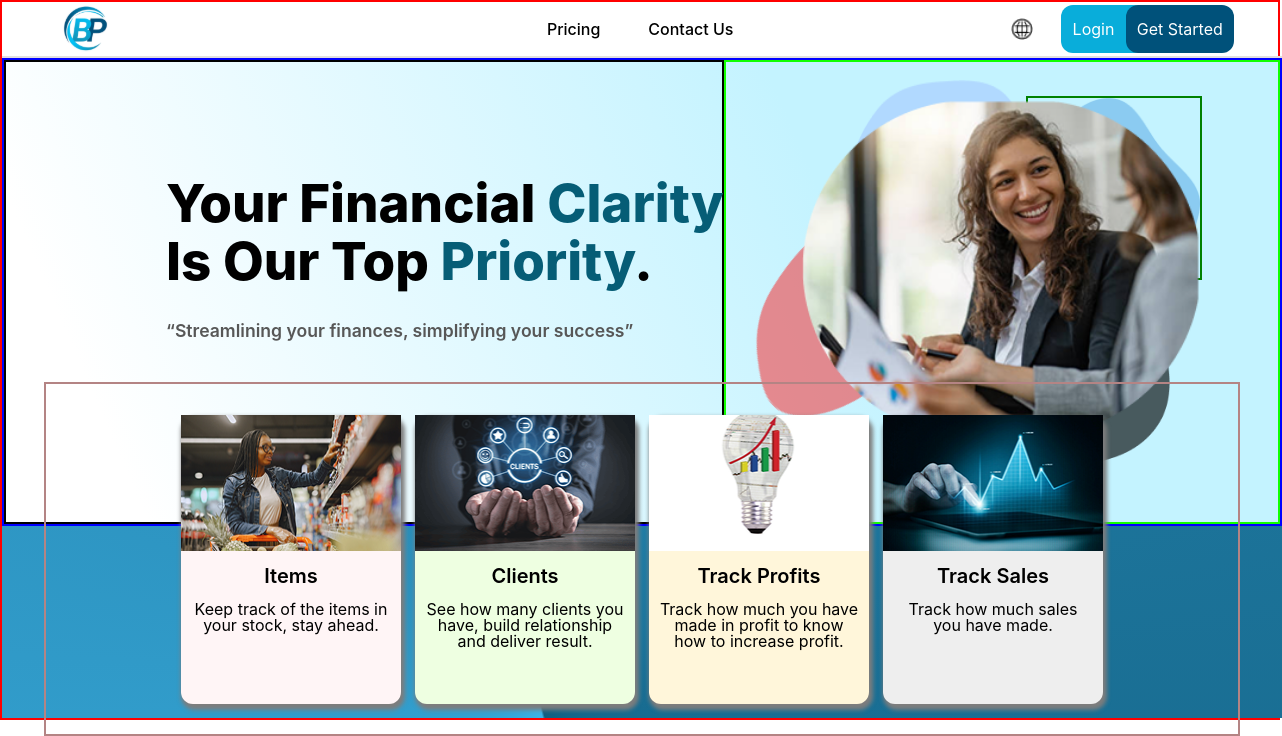
Repository: dark-txch/Bizpadi
Page: /
The author's editor kept a copy of each file at every save. The page is drawn from the files as they stood at one save, then again after the next save.
The browser window is 1280 px wide. The page is 1282 px wide, so the pictures cover 1282 px, including what lies to the right of the window. The pictures show the whole page.
The project was rebuilt for these pictures with package versions that can differ from the ones it lists, and the page was loaded fresh each time. Also part of the build but not shown: vite.config.js, src/components/ErrorBoundary.jsx, src/components/LandingPage/PricingPage/Pricing.jsx, src/components/LandingPage/LogInPage/LogIn.jsx.

Above is the page before, as saved 2025-04-07 09:54:08.

### index.html
<!DOCTYPE html>
<html lang="en">
	<head>
		<meta charset="UTF-8" />
		<link rel="icon" type="image/svg+xml" href="/public/logo.svg" />
		<meta name="viewport" content="width=device-width, initial-scale=1.0" />
		<title>Bizpadi</title>
	</head>
	<body>
		<div id="root"></div>
		<script type="module" src="/src/main.jsx"></script>
	</body>
</html>

### src/index.css
:root {
	font-family: system-ui, Avenir, Helvetica, Arial, sans-serif;
	line-height: 1.5;
	font-weight: 400;

	color-scheme: light dark;
	color: black;
	background-color: white;

	font-synthesis: none;
	text-rendering: optimizeLegibility;
	-webkit-font-smoothing: antialiased;
	-moz-osx-font-smoothing: grayscale;
}

* {
	box-sizing: border-box;
	padding: 0;
	margin: 0;
	outline: none;
	border: none;
}

body {
	height: 100vh;
	width: 100vw;

	font-family: "inter", sans-serif;
}

a {
	text-decoration: none;
}

### src/App.jsx
import "./App.css";
import { BrowserRouter as Router, Routes, Route } from "react-router-dom";
import ErrorBoundary from "./components/ErrorBoundary";
// Upper imports are very important
import Nav from "./components/LandingPage/Nav";
import PricingPage from "./components/LandingPage/PricingPage/Pricing";
import LogInPage from "./components/LandingPage/LogInPage/LogIn";
import MidSection from "./components/LandingPage/MidSection";
import Footer from "./components/LandingPage/Footer";

function LandingPage() {
	return (
		<>
			<div className="landingPageContainer">
				<Nav />
				<MidSection />
				<Footer />
			</div>
		</>
	);
}

function App() {
	return (
		<Router>
			<Routes>
				<Route path="/" element={<LandingPage />} />
				<Route path="/pricing" element={<PricingPage />} />
				<Route path="/login" element={<LogInPage />} />
			</Routes>
		</Router>
	);
}

export default App;

### src/App.css
/*  LANDING PAGE/Main container */

@font-face {
	font-family: "MyCustomFont";
	src: url("/fonts/Inter/Inter-Italic-VariableFont_opsz,wght.ttf")
			format("truetype"),
		url("/fonts/Inter/Inter-VariableFont_opsz,wght.ttf") format("truetype");
	font-weight: normal;
	font-style: normal;
}
/* ------------------------------------------------------------------------------- */
/* THIS IS THE LANDING PAGE CONTAINER */
.landingPageContainer {
	width: 100vw;
	height: 100vh;
	font-family: "Inter", sans-serif;
	display: grid;
	/* grid-template-rows: 3.5rem 2fr 1fr; */
	grid-template-rows: 3.5rem 1fr 12rem;

	border: 2px solid red;
}

/* ------------------------------------------------------------------------------------ */
/*  THIS IS THE NAV CONTAINER */
.homepage-nav {
	width: 100%;
	display: flex;
	padding: 0 3rem 0;
	font-size: 1rem;
	align-items: center;
	justify-content: space-between;
	border-bottom: 2px solid #e1dfdf;
}
/*  THIS IS THE NAV CONTAINER CHILDREN */
.homepage-nav .logo {
	/* THIS IS THE LOGO CONTAINER */
	display: flex;
	flex: 1;
	align-self: center;
	height: inherit;
}
.homepage-nav .logo img {
	/* THIS IS THE LOGO IMG */
	height: 100%;
	width: auto;
}

.homepage-nav .pricingContact {
	/* THIS IS THE PRICING AND CONTACT US CONTAINER */
	display: flex;
	flex: 3;
	justify-content: center;
	gap: 3rem;
	font-weight: 500;
	line-height: 100%;
	letter-spacing: 0%;
}
.homepage-nav .pricingContact a {
	color: black;
	cursor: pointer;
}

.homepage-nav .loginGetStarted {
	/*THIS IS THE LOGIN AND GET STARTED CONTAINER*/
	height: 3rem;
	display: flex;
	flex: 1;
	justify-content: end;
	align-items: center;
	gap: 0.7rem;
	color: white;
	border-radius: 12px;
}
.homepage-nav .loginGetStarted img {
	/* THIS IS THE LOGIN AND GET STARTED IMAGE */
	height: 1.5rem;
	transform: translate(1rem, 0);
}
.homepage-nav .loginGetStarted a:nth-of-type(1) {
	/* THIS IS THE LOGIN BUTTON */
	background-color: #09adda;
	color: inherit;
	height: inherit;
	border-radius: inherit;
	display: flex;
	align-items: center;
	padding: 0 2rem 0 0.7rem;
	transform: translate(2rem, 0);
}

.homepage-nav .loginGetStarted a:nth-of-type(2) {
	/* THIS IS THE GET STARTED BUTTON*/
	background-color: #00517a;
	display: flex;
	align-items: center;
	white-space: nowrap;
	color: inherit;
	height: inherit;
	border-radius: inherit;
	padding: 0 0.7rem;
	position: relative;
	z-index: 2;
}

/* MIDSECTION -------------------------------------------------------------------------------*/
/* THIS IS THE MIDSECTION THAT HOUSES THE HEADER AND PARAGRAPH */
.midSection {
	display: flex;
	justify-content: center;
	/* align-items: center; */
	width: 100%;
	background: linear-gradient(246.72deg, #c4f3ff 34.96%, #ffffff 90.24%);

	border: 2px solid rgb(0, 0, 255);
}
.landingPageMotto {
	/* THIS IS THE CONTAINER FOR THE HEADER AND PARAGRAPH */
	padding: 3rem;
	/* max-width: 40rem; */
	max-width: 45rem;
	width: 100%;
	flex: 0 0 auto;
	white-space: nowrap;
	/* transform: translate(8rem, 0); */

	border: 2px solid black;
}
.landingPageMotto > h1 {
	font-weight: 800;
	font-size: 3.3rem;
	line-height: 110%;
	text-transform: capitalize;
	margin: 4rem 7rem 2rem;
}
.landingPageMotto > h1 span {
	color: #065d76;
}
.landingPageMotto > p {
	font-weight: 600;
	font-size: 1.1rem;
	line-height: 100%;
	letter-spacing: 0%;
	margin-left: 7rem;
	color: #575757;
}

.landingPageImages {
	/* THIS IS THE LANDING PAGE IMAGES CONTAINER*/
	flex: 1; /* grow to take remaining space */
	height: 100%;
	display: flex;
	justify-content: center;
	align-items: center;
	/* padding: 3rem; */
	overflow: hidden;
	position: relative; /* so children can be absolutely positioned */

	border: 2px solid rgb(17, 255, 0);
}

.landingPageImages > img {
	/* border: 2px solid green; */
	position: absolute;
	margin-top: -3rem;
}

.landingPageImages > img:nth-of-type(1) {
	/* MAIN SMILEY IMAGE */
	border-radius: 150px;
	width: 25rem;
	z-index: 100;
	/* border: 2px solid green; */
}

.landingPageImages > img:nth-of-type(2) {
	/* THIS IS THE BLACK VECTOR */
	width: 175.07px;
	height: 184.4px;
	transform: translate(5rem, 6.5rem);

	/* border: 2px solid green; */
}

.landingPageImages > img:nth-of-type(3) {
	/* EGG ROUND LIGHT BLUE VECTOR */
	width: 175.07px;
	height: 184.4px;
	opacity: 0.63;
	transform: translate(-4rem, -6rem);

	/* border: 2px solid green; */
}

.landingPageImages > img:nth-of-type(4) {
	/* DARK ORANGE VECTOR*/
	/* height: 153px; */
	height: 14rem;
	width: 152px;
	transform: translate(-10rem, 3rem) rotate(45deg);

	/* border: 2px solid green; */
}

.landingPageImages > img:nth-of-type(5) {
	/* Top right blue vector */
	width: 176px;
	height: 185;

	transform: translate(7rem, -5rem);

	border: 2px solid green;
}

/* FOOTER---------------------------------------------------------------------------------------------- */
/* This is the footer section/container that houses the feature container */
.footer {
	width: 100vw;
	display: flex;
	justify-content: center;
	/* flex: 1; */
	background: conic-gradient(
		from 164.13deg at 41.58% 79.97%,
		#115e80 0deg,
		#3db3e6 3.6deg,
		#115e80 360deg
	);
}

.footer > section {
	width: 1196px;
	height: 354px;
	display: flex;
	justify-content: center;
	align-items: center;
	gap: 14px;
	position: absolute;
	/* top: 400px; */
	transform: translate(0, -9rem);
	z-index: 999;

	border: 2px solid rgb(180, 132, 132);
}

/* This is the container that houses all the features in the footer */
.featuresContainer {
	width: 220px;
	height: 289px;
	border-radius: 12px;
	text-align: center;
	letter-spacing: 0%;
	box-shadow: 2px 4px 4px 2px #7d7d7d;
}

.featuresContainer h1 {
	font-weight: 600;
	font-size: 20px;
	line-height: 100%;
	margin-bottom: 15px;
}

.featuresContainer p {
	font-weight: 400;
	font-size: 16px;
	line-height: 100%;
	padding: 0 10px 0;
}

/* This is the general image container for the featuresContainer */
.imageContainer {
	height: 136px;
	width: 100%;
	margin-bottom: 15px;
}

/* General styling for the images in the imageContainer */
.imageContainer img {
	width: 100%;
	height: 100%;
}

/* Added colors to the backgrounds of the footer featuresContainer individually */
.items {
	background-color: #fff5f6;
}
.clients {
	background-color: #eeffe1;
}
.trackProfits {
	background-color: #fff6da;
}
.trackSales {
	background-color: #eeeeee;
}

### src/components/LandingPage/Nav.jsx
import { Link } from "react-router-dom";

export default function Nav() {
	return (
		<>
			{/* THIS IS THE NAV CONTAINER */}
			<nav className="homepage-nav">
				{/* THIS IS THE LOGO CONTAINER */}
				<div className="logo">
					<img src="/assets/icons/logo.svg" alt="Bizpadi icon" />
				</div>

				{/* THIS IS THE PRICING AND CONTACT US CONTAINER */}
				<div className="pricingContact">
					<Link to="/pricing">Pricing</Link>
					<a href="#">Contact Us</a>
				</div>

				{/* THIS IS THE LOGIN AND GET STARTED CONTAINER*/}
				<div className="loginGetStarted">
					<img src="/assets/icons/world.png" alt="world" />
					<Link to="/login">Login</Link>
					<a href="#">Get Started</a>
				</div>
			</nav>
		</>
	);
}

### src/components/LandingPage/MidSection.jsx
export default function MidSection() {
	return (
		<section className="midSection">
			<div className="landingPageMotto">
				<h1>
					Your financial{" "}
					<span>
						clarity <br />
					</span>
					is our top <span>priority</span>.
				</h1>
				<p>“Streamlining your finances, simplifying your success”</p>
			</div>

			{/* This is the images section in the mid section */}
			<div className="landingPageImages">
				<img src="/assets/images/smiley.png" alt="smiley" />
				<img src="/assets/images/Vector-black.png" alt="vector-black" />
				<img src="/assets/images/Vector-blue.png" alt="vector-blue" />
				<img src="/assets/images/Vector-orange.png" alt="vector-orange" />
				<img src="/assets/images/Vector.png" alt="vector" />
			</div>
		</section>
	);
}

### src/components/LandingPage/Footer.jsx
export default function Footer() {
	return (
		<div className="footer">
			{/* The section container is the parent to the features */}
			<section>
				<div className="featuresContainer items">
					{/* The feautureOntainer class is given to all the divs housing the features */}
					<div className="imageContainer">
						<img src="/public/assets/images/client-1.png" alt="client-1" />
					</div>
					<h1>Items</h1>
					<p>Keep track of the items in your stock, stay ahead.</p>
				</div>

				<div className="featuresContainer clients">
					<div className="imageContainer">
						<img src="/public/assets/images/client-2.png" alt="client-2" />
					</div>
					<h1>Clients</h1>
					<p>
						See how many clients you have, build relationship and deliver
						result.
					</p>
				</div>

				<div className="featuresContainer trackProfits">
					<div className="imageContainer">
						<img
							src="/public/assets/images/track-profit.png"
							alt="track-profit"
						/>
					</div>
					<h1>Track Profits</h1>
					<p>
						Track how much you have made in profit to know how to increase
						profit.
					</p>
				</div>

				<div className="featuresContainer trackSales">
					<div className="imageContainer">
						<img
							src="../../../public/assets/images/track-sales.png"
							alt="track-sales"
						/>
					</div>
					<h1>Track Sales</h1>
					<p>Track how much sales you have made.</p>
				</div>
			</section>
		</div>
	);
}

Loaded but not shown: src/main.jsx (common file)

After the next save:
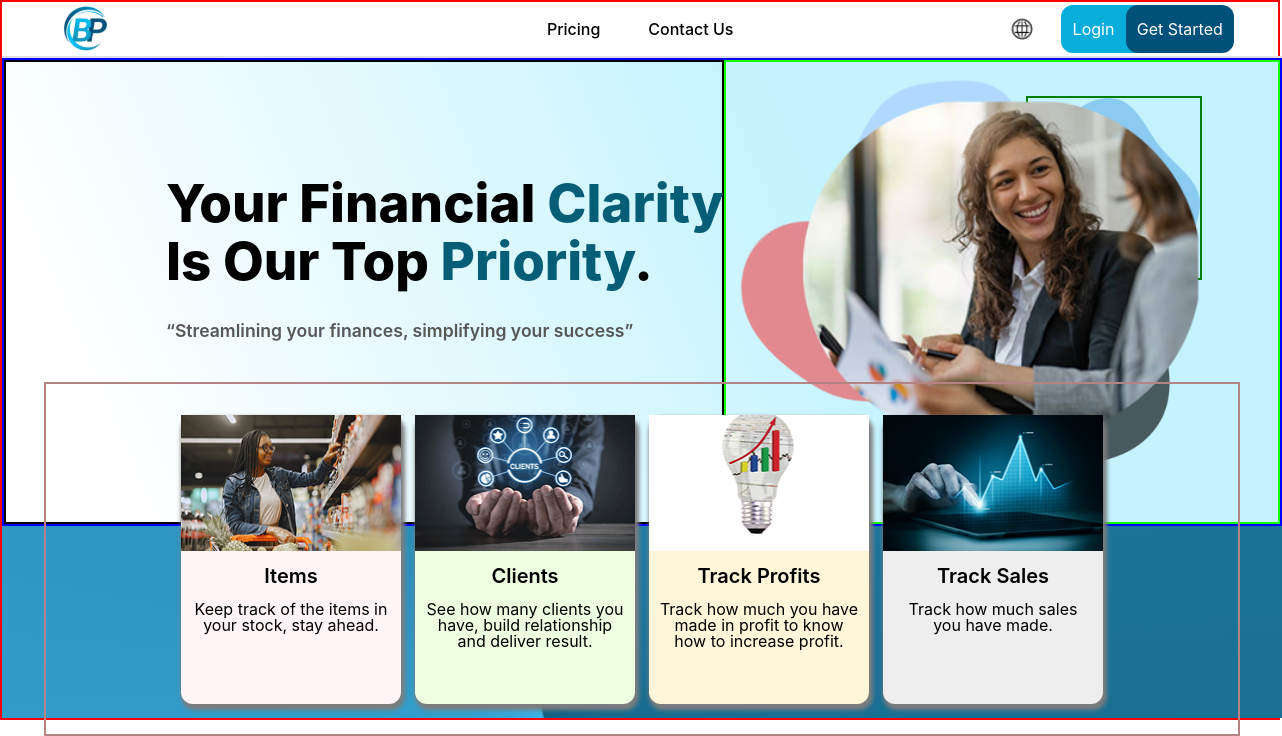
Saved 10 s later.
--- a/src/App.css
+++ b/src/App.css
@@ -197,7 +197,7 @@
 	/* height: 153px; */
 	height: 14rem;
 	width: 152px;
-	transform: translate(-10rem, 3rem) rotate(45deg);
+	transform: translate(-10rem, 3rem) rotate(-45deg);
 
 	/* border: 2px solid green; */
 }
